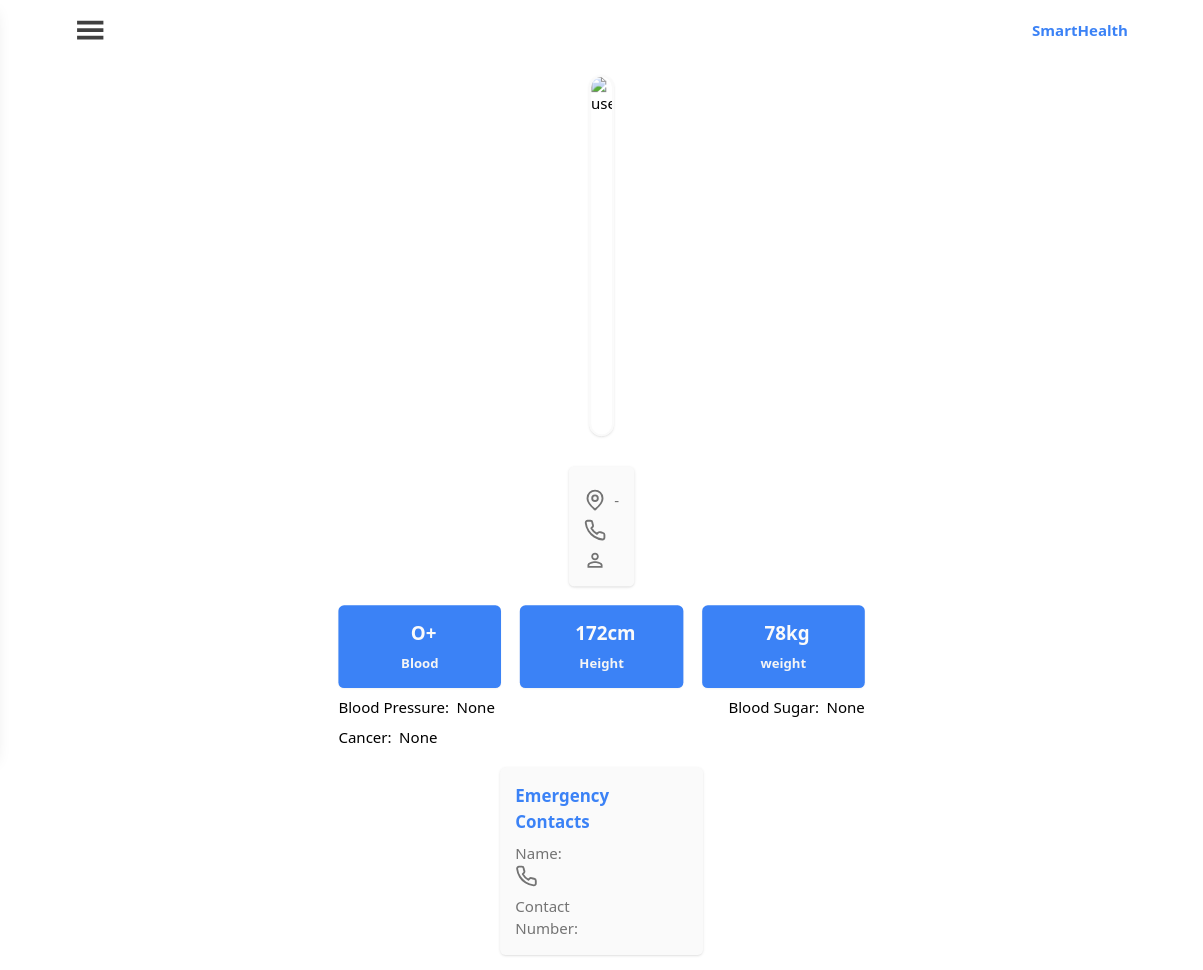
Repository: Sanaa00/HI-user
Page: /home
These files come from the project's save history. The page is drawn as it stood at one moment and after the next save; the edit follows.
The browser window is 1280 px wide. The pictures show the whole page, at 94% of full size.
The page's requests for data from a server got no answer. The project was rebuilt for these pictures with package versions that can differ from the ones it lists, and the page was loaded fresh each time. No one was signed in, and anything a server would have sent is missing. Also part of the build but not shown: vite.config.js, src/App.css, src/Components/Pagination.jsx, src/Pages/Prescription.jsx, src/Components/modalComponent.jsx, src/Pages/Laboratory.jsx, src/Pages/Radiographic.jsx, src/Components/InputField.jsx and 2 more.

Above is the page before, as saved 2024-01-12 21:40:11.

### src/main.jsx
import React from 'react';
import ReactDOM from 'react-dom/client';
import App from './App.jsx';
import './index.css';
import Modal from 'react-modal';
import { BrowserRouter } from 'react-router-dom';
Modal.setAppElement('#root');
ReactDOM.createRoot(document.getElementById('root')).render(
  <React.StrictMode>
    <BrowserRouter>
      {/* <Provider store={store}> */}
      <App />
      {/* </Provider>{' '} */}
    </BrowserRouter>
  </React.StrictMode>,
);

### src/App.jsx
import { Route, Routes } from 'react-router-dom';
import './App.css';
import Home from './Pages/Home';
// import Test from './Pages/Test';
import Navbar from './Components/Navbar';
import Prescription from './Pages/Prescription';
import Laboratory from './Pages/Laboratory';
import Radiographic from './Pages/Radiographic';
import ModalComponent from './Components/modalComponent';
import Login from './Pages/Login';
import SignUp from './Pages/SignUp';

function App() {
  return (
    <>
      <Navbar />
      <Routes>
        <Route path="/home" element={<Home />} />
        <Route path="/laboratory" element={<Laboratory />}>
          <Route path=":id" element={<ModalComponent />} />
        </Route>
        <Route path="/Radiographic" element={<Radiographic />} />
        <Route path="/Prescription" element={<Prescription />} />
        <Route path="/" element={<Login />} />
        <Route path="/signup" element={<SignUp />} />
        {/* <Route path="products" element={<Products />} />
          <Route path="setting" element={<Setting />} />
          <Route path="hide" element={<HideProducts />} /> */}
        {/* </Route> */}
      </Routes>
    </>
  );
}

export default App;

### src/Pages/Home.jsx
import { useEffect, useState } from 'react';
import { supabase } from '../supabaseClient';
import { FaLocationDot, FaPhone } from 'react-icons/fa6';
import { LuPhone } from 'react-icons/lu';
import { MdPermIdentity } from 'react-icons/md';
import { CiPhone } from 'react-icons/ci';
import { GrLocation } from 'react-icons/gr';
function Home() {
  const [data, setData] = useState([]);

  useEffect(() => {
    const fetchData = async () => {
      const { data, error } = await supabase
        .from('personInformation')
        .select('*')
        .eq('id', 34567890)
        .single();
      console.log('first', data);
      if (error) console.log('Error', error);
      else setData(data);
    };

    fetchData();
  }, []);
  return (
    <div className="mt-16 min-h-screen p-4 sm:px-10 md:px-20  flex flex-col lg:items-center">
      <div className="flex justify-center items-center">
        {console.log(data)}{' '}
        <img
          className="object-cover rounded-full w-72 border-2 border-neutral-50 shadow h-72 lg:w-1/2 lg:h-96 "
          src={data.userImage}
          alt="user"
        />
      </div>
      {/* <div className="mt-5 text-center font-bold text-lg lg:w-1/2">
        Personal Information
      </div> */}
      <div className="mt-3 lg:w-1/2 flex justify-center items-center">
        {/* <span>Name:</span> */}
        <span className="ml-2 font-semibold">{data.fullName}</span>
      </div>{' '}
      {/* <div className="mt-2 flex justify-between items-center lg:w-1/2"> */}
      {/* <span>
          {' '}
          <span>DOB:</span>
          <span className="ml-2">{data.dateOfBirth}</span>
        </span>{' '}
        <span>
          {' '}
          <span>Gender:</span>
          <span className="ml-2">{data.gender}</span>
        </span> */}
      {/* </div>{' '} */}
      <div className="mt-5  bg-neutral-50 text-neutral-500 rounded-md p-4 shadow ">
        {' '}
        <div className="mt-2 flex justify-between items-center lg:w-1/2">
          <span className="flex items-center flex-row">
            {' '}
            <span>
              <GrLocation className="w-6 h-6" />
            </span>
            <span className="ml-2">
              {data.city}-{data.address}
            </span>
          </span>
        </div>
        {/* ****************** */}
        <div className="mt-2 flex justify-between items-center lg:w-1/2">
          <span className="flex items-center">
            {' '}
            <span>
              <LuPhone className="w-6 h-6" />
            </span>
            <span className="ml-2">{data.contactNumber}</span>
          </span>{' '}
        </div>{' '}
        <div className="mt-2 flex justify-between items-center lg:w-1/2">
          <span className="flex items-center">
            {' '}
            <span>
              <MdPermIdentity className="w-6 h-6" />
            </span>
            <span className="ml-2">{data.id}</span>
          </span>{' '}
        </div>
      </div>
      {/* **********vital information*********** */}
      <div className="mt-5 text-neutral-50 grid grid-cols-3 gap-5 justify-between items-center  text-lg lg:w-1/2">
        {' '}
        {/* <div className="mt-2 flex justify-between items-center lg:w-1/2"> */}
        <div className="w-full flex flex-col items-center justify-center bg-blue-500 p-4 rounded-md shadow-sm ">
          {' '}
          <div className="ml-2 text-xl font-bold">O+</div>
          <div className="text-sm font-semibold text-neutral-100 mt-2">
            Blood
          </div>
        </div>{' '}
        {/* </div>{' '} */}
        {/* <div className="mt-2 flex justify-between items-center lg:w-1/2"> */}
        <div className="flex w-full flex-col justify-center items-center bg-blue-500 p-4 rounded-md shadow-sm">
          {' '}
          <div className="text-center ml-2 text-xl font-bold">172cm</div>{' '}
          <div className="text-center text-sm font-semibold text-neutral-100 mt-2">
            Height
          </div>
        </div>{' '}
        <div className="flex flex-col justify-center items-center bg-blue-500 p-4 rounded-md shadow-sm w-full">
          {' '}
          <div className="ml-2 text-xl font-bold">78kg</div>
          <div className="text-sm font-semibold text-neutral-100 mt-2">
            weight
          </div>
        </div>{' '}
      </div>{' '}
      {/* </div> */}
      {/* <div className="mt-2 flex justify-between items-center lg:w-1/2">
        <span>
          {' '}
          <span>Blood Type:</span>
          <span className="ml-2">O+</span>
        </span>{' '}
      </div>{' '}
      <div className="mt-2 flex justify-between items-center lg:w-1/2">
        <span>
          {' '}
          <span>Height:</span>
          <span className="ml-2">172 cm</span>
        </span>{' '}
        <span>
          {' '}
          <span>weight:</span>
          <span className="ml-2">78 kg</span>
        </span>{' '}
      </div>{' '} */}
      <div className="mt-2 flex justify-between items-center lg:w-1/2">
        <span>
          {' '}
          <span>Blood Pressure:</span>
          <span className="ml-2">None</span>
        </span>{' '}
        <span>
          {' '}
          <span>Blood Sugar:</span>
          <span className="ml-2">None</span>
        </span>{' '}
      </div>{' '}
      <div className="mt-2 flex justify-between items-center lg:w-1/2">
        <span>
          {' '}
          <span>Cancer:</span>
          <span className="ml-2">None</span>
        </span>{' '}
      </div>{' '}
      {/* ***************Emergency Contacts********** */}
      <div className="mt-5  bg-neutral-50 text-neutral-500 rounded-md p-4 shadow ">
        {' '}
        <div className=" font-bold text-blue-500 text-lg lg:w-1/2">
          Emergency Contacts
        </div>
        <div className="mt-2 flex justify-between items-center lg:w-1/2">
          <span>
            {' '}
            <span>Name:</span>
            <span className="ml-2">
              {' '}
              <LuPhone className="w-6 h-6" />
              {data.emergencyContactName}
            </span>
          </span>{' '}
        </div>{' '}
        {/* <div className="mt-2 flex justify-between items-center lg:w-1/2">
          <span>
            {' '}
            <span>Relationship to the patient:</span>
            <span className="ml-2">Boy</span>
          </span>{' '}
        </div>{' '} */}
        <div className="mt-2  flex justify-between items-center lg:w-1/2">
          <span>
            {' '}
            <span>Contact Number:</span>
            <span className="ml-2">{data.emergencyContactNumber}</span>
          </span>{' '}
        </div>
      </div>
      {/* <div className="mt-5 font-bold text-blue-500 text-lg lg:w-1/2">
        Emergency Contacts
      </div>
      <div className="mt-2 flex justify-between items-center lg:w-1/2">
        <span>
          {' '}
          <span>Name:</span>
          <span className="ml-2">{data.emergencyContactName}</span>
        </span>{' '}
      </div>{' '}
      <div className="mt-2 flex justify-between items-center lg:w-1/2">
        <span>
          {' '}
          <span>Relationship to the patient:</span>
          <span className="ml-2">Boy</span>
        </span>{' '}
      </div>{' '}
      <div className="mt-2 mb-5 flex justify-between items-center lg:w-1/2">
        <span>
          {' '}
          <span>Contact Number:</span>
          <span className="ml-2">{data.emergencyContactNumber}</span>
        </span>{' '}
      </div> */}
    </div>
  );
}

export default Home;

### src/Components/Navbar.jsx
import { useState } from 'react';
import { Link, NavLink } from 'react-router-dom';
import { GiHamburgerMenu } from 'react-icons/gi';
import { IoCloseSharp } from 'react-icons/io5';
function Navbar() {
  const [open, setOpen] = useState(false);
  return (
    <div className="flex text-neutral-700 top-0 z-50 fixed px-4 sm:px-10 md:px-20 justify-between items-center bg-white h-16 w-full">
      <div
        className={` flex justify-between hover:bg-opacity-80 duration-500 hover:duration-500 items-center w-full h-full text-lg font-bold`}
      >
        <button onClick={() => setOpen(!open)} className="">
          <GiHamburgerMenu className="w-8 h-8" />
        </button>{' '}
        <div
          className={` bg-white rounded-sm  flex flex-col fixed w-4/5 lg:w-96 top-0 z-40 left-0 shadow-lg transform duration-500 ease-in-out ${
            open ? 'translate-x-0' : '-translate-x-full'
          }`}
        >
          <button
            onClick={() => setOpen(!open)}
            className="mt-3 mb-2 left-0 px-3 flex h-16"
          >
            <IoCloseSharp className="w-9 h-9" />
          </button>

          <div className="w-full h-screen flex flex-col text-orange p-4">
            <Link to="/home" onClick={() => setOpen(!open)} className="pb-3">
              Person Information
            </Link>
            <Link
              to="/Radiographic"
              onClick={() => setOpen(!open)}
              className="py-3"
            >
              Radiographic examination
            </Link>
            <Link
              to="/laboratory"
              onClick={() => setOpen(!open)}
              className="py-3"
            >
              Laboratory examination
            </Link>
            <Link
              to="/Prescription"
              onClick={() => setOpen(!open)}
              className="py-3"
            >
              Prescription
            </Link>
          </div>
        </div>
      </div>
      <NavLink to="/home" className="ml-2 font-bold text-blue-500">
        SmartHealth
      </NavLink>
    </div>
  );
}

export default Navbar;

### src/supabaseClient.js
import { createClient } from '@supabase/supabase-js';

const supabaseUrl =
    import.meta.env.VITE_REACT_APP_SUPABASE_URL;
const supabaseAnonKey =
    import.meta.env.VITE_REACT_APP_SUPABASE_ANON_KEY;

export const supabase = createClient(supabaseUrl, supabaseAnonKey);

Loaded but not shown: index.html (common file); src/index.css (common file); tailwind.config.js (common file)

After the next save:
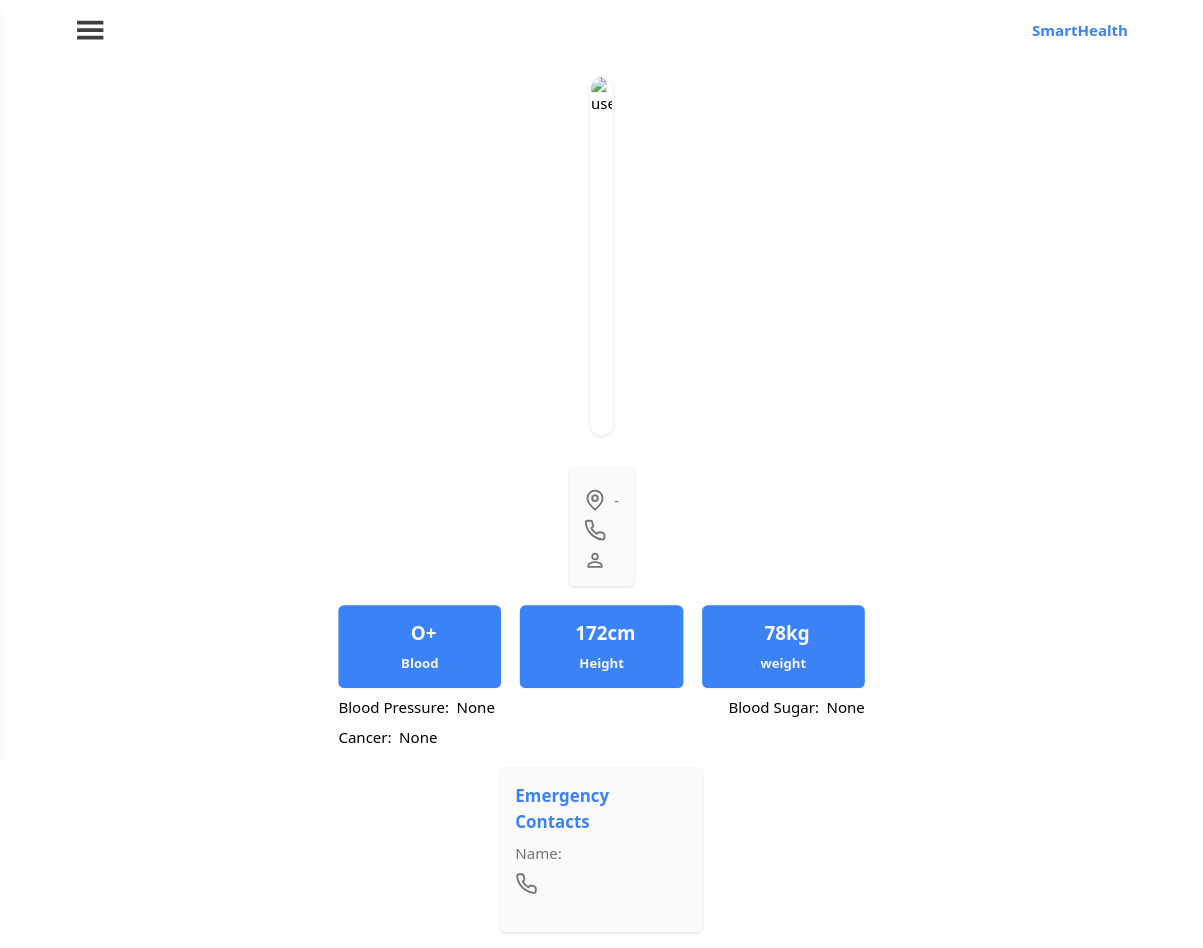
Saved 26 s later.
--- a/src/Pages/Home.jsx
+++ b/src/Pages/Home.jsx
@@ -161,11 +161,7 @@ function Home() {
           <span>
             {' '}
             <span>Name:</span>
-            <span className="ml-2">
-              {' '}
-              <LuPhone className="w-6 h-6" />
-              {data.emergencyContactName}
-            </span>
+            <span className="ml-2">{data.emergencyContactName}</span>
           </span>{' '}
         </div>{' '}
         {/* <div className="mt-2 flex justify-between items-center lg:w-1/2">
@@ -178,7 +174,10 @@ function Home() {
         <div className="mt-2  flex justify-between items-center lg:w-1/2">
           <span>
             {' '}
-            <span>Contact Number:</span>
+            <span>
+              {' '}
+              <LuPhone className="w-6 h-6" />
+            </span>
             <span className="ml-2">{data.emergencyContactNumber}</span>
           </span>{' '}
         </div>
